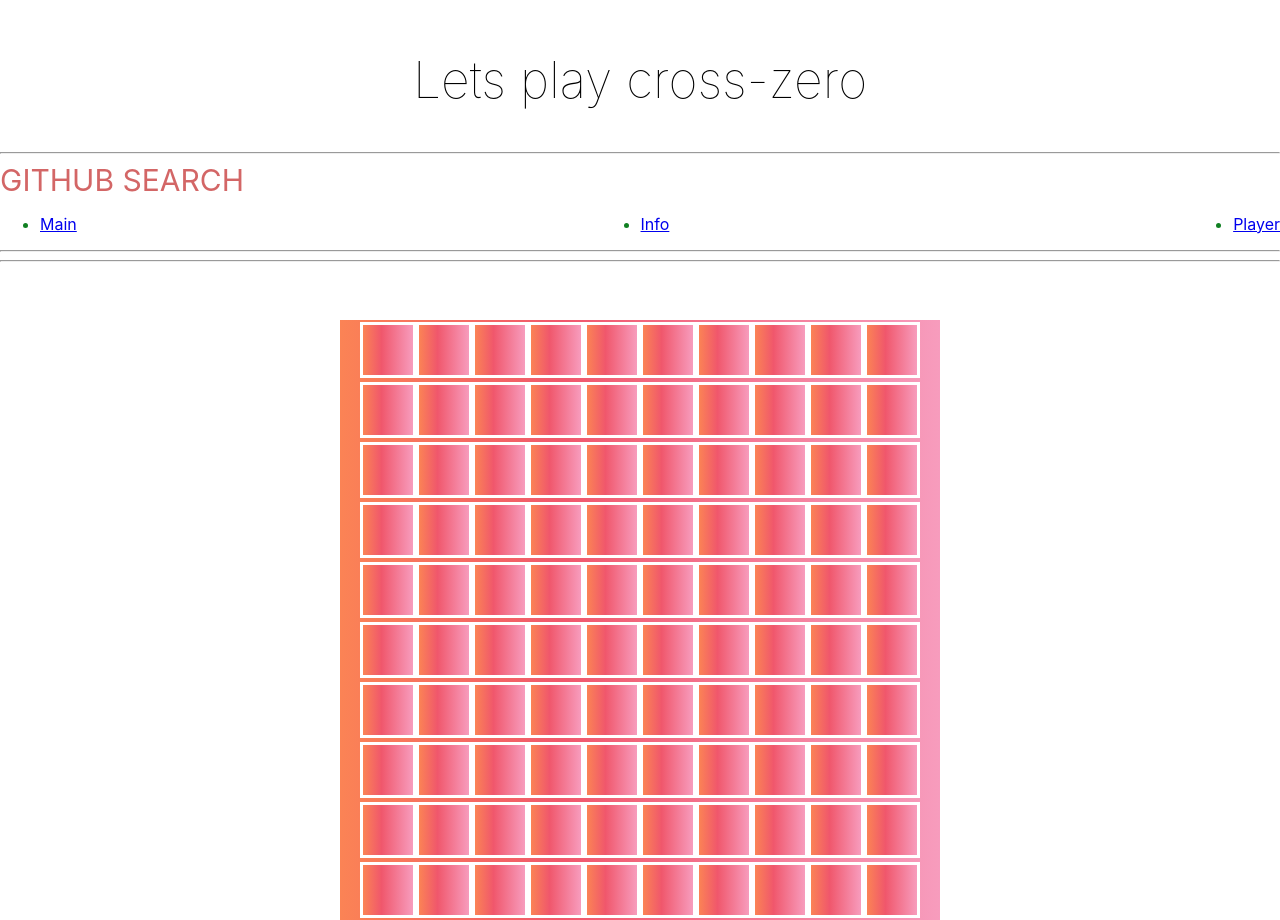
Repository: PGVlasov/cross-zero-game
Page: /
An editor plug-in stored every save of this project. The page is shown before and after the next save, followed by the edit.
The browser window is 1280 px wide. The pictures show the whole page.
The project was rebuilt for these pictures with package versions that can differ from the ones it lists, and the page was loaded fresh each time. Also part of the build but not shown: webpack.config.js.

Above is the page before, as saved 2020-12-01 13:48:09.

After the next save:
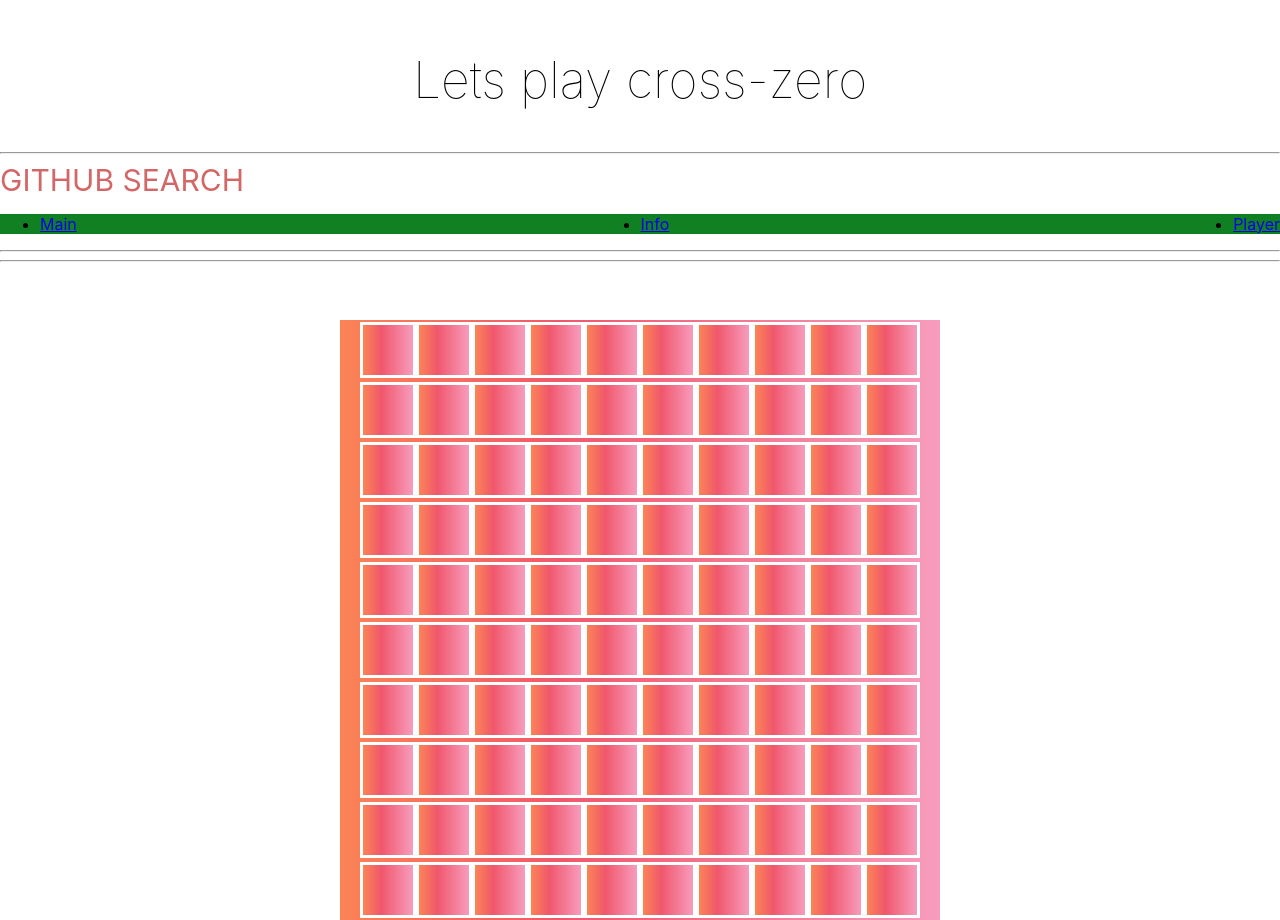
Saved 28 s later.
--- a/src/Containers/Navbar/navbar.module.css
+++ b/src/Containers/Navbar/navbar.module.css
@@ -1,7 +1,7 @@
 .navbar {
   display: flex;
   justify-content: space-between;
-  color: rgb(16, 128, 34);
+  background: rgb(16, 128, 34);
 }
 
 .navbarHeader {
